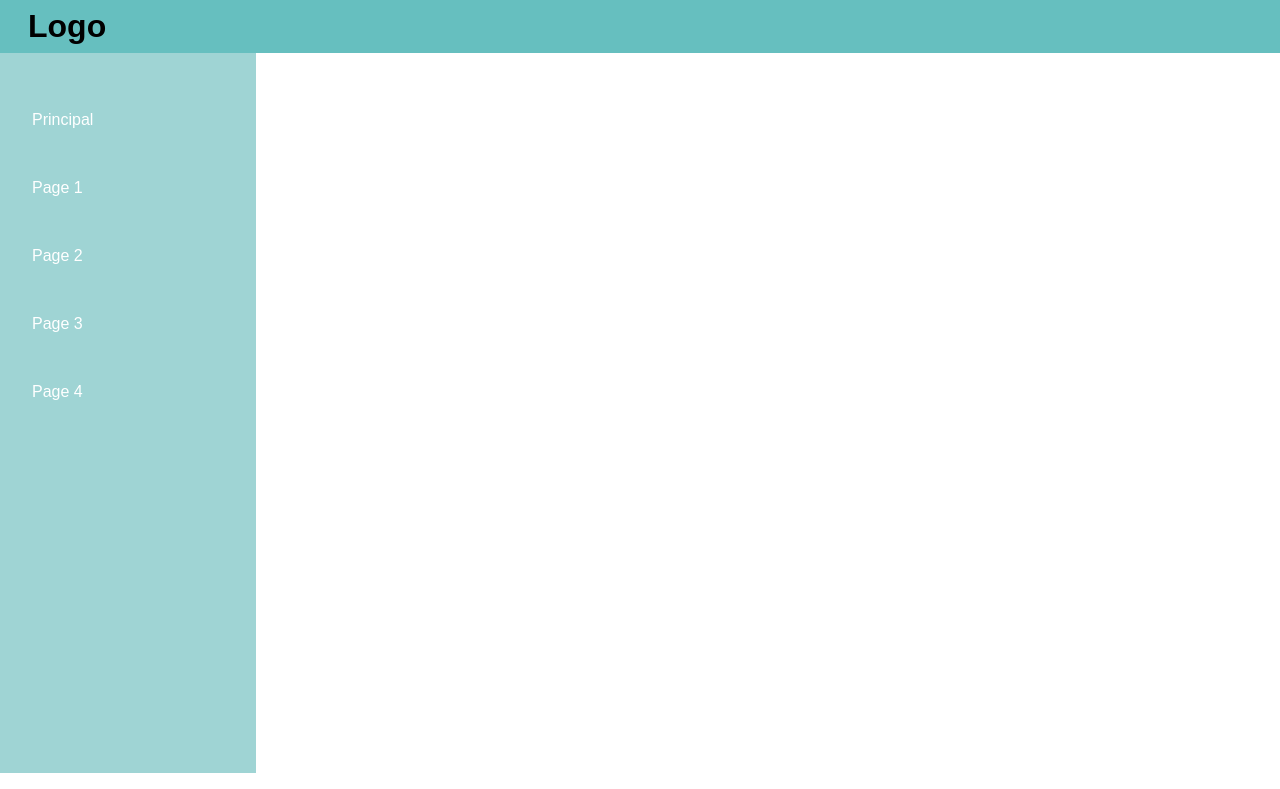
Repository: mateus-henrique-silva/Dashboard-pixel-facebook-react
Page: / (app in dashboard-pixel/)
These files come from the project's save history. The page is drawn as it stood at one moment and after the next save; the edit follows.
The browser window is 1280 px wide. The pictures show the whole page.
The project was rebuilt for these pictures with package versions that can differ from the ones it lists, and the page was loaded fresh each time.

Above is the page before, as saved 2022-07-07 17:44:27.

### dashboard-pixel/src/index.js
import React from "react";
import ReactDOM from "react-dom/client";

import App from "./App";
import reportWebVitals from "./reportWebVitals";

const root = ReactDOM.createRoot(document.getElementById("root"));
root.render(
  <React.StrictMode>
    <App />
  </React.StrictMode>
);

reportWebVitals();

### dashboard-pixel/src/App.jsx
import React from "react";
import Main from "./Components/MainPage/Main";



function App() {
  return (
    <div >
        <Main/>


    </div>
  );
}

export default App;

### dashboard-pixel/src/Components/MainPage/Main.jsx
import React from 'react'
import './Main.css'
import Header from '../Header/Header'
import SideBar from "../SideBar/SideBar"

const Main = () => {
  return (
    <div className="Main">
        <Header/>
        <SideBar/>
    </div>
  )
}

export default Main

### dashboard-pixel/src/Components/MainPage/Main.css
* {
  border: 0;
  margin: 0;
  font-family: sans-serif;
}

.Main {
  width: 100%;
  height: 100vh;
}
.startHeader{
    width: 100%;
    display: flex;
    justify-content: center;
}

### dashboard-pixel/src/Components/Header/Header.jsx
import React from 'react'
import "./Header.css"

const Header = () => {
  return (
    <div className="startHeader">

        <div className="Header">
            <h1>Logo</h1>
        </div>

    </div>
  )
}

export default Header

### dashboard-pixel/src/Components/SideBar/SideBar.jsx
import React from "react";
import "./SideBar.css";

const SideBar = () => {
  return (
    <div>
      <div className="div-sidebar">
        <div className="Menu-tag">
          <div><a href="#">Principal</a></div>
          <p></p>

          <div><a href="#">Page 1</a></div>
          <div><a href="#">Page 2</a></div>
          <div><a href="#">Page 3</a></div>
          <div><a href="#">Page 4</a></div>
        </div>
      </div>
    </div>
  );
};

export default SideBar;

### dashboard-pixel/src/Components/Header/Header.css
.Header{
    width: 99vw;
    padding: 0.5em 0.5em ;
    background-color:#66BFBF;
    display:flex;
    align-items:center;



}

.Header h1{
    margin-left: 20px;
}

### dashboard-pixel/src/Components/SideBar/SideBar.css
.div-sidebar {
  height: 100vh;
  width: 20vw;
  background-color: #9fd4d4;
  display: grid;
}

.Menu-tag {
  height: 100%;
  padding: 0.5em 2em;
}

.Menu-tag div {
  margin-top:50px;
}

.Menu-tag div a {
    text-decoration: none;
    color:white;
  }

Loaded but not shown: dashboard-pixel/public/index.html (common file); dashboard-pixel/src/reportWebVitals.js (common file)

After the next save:
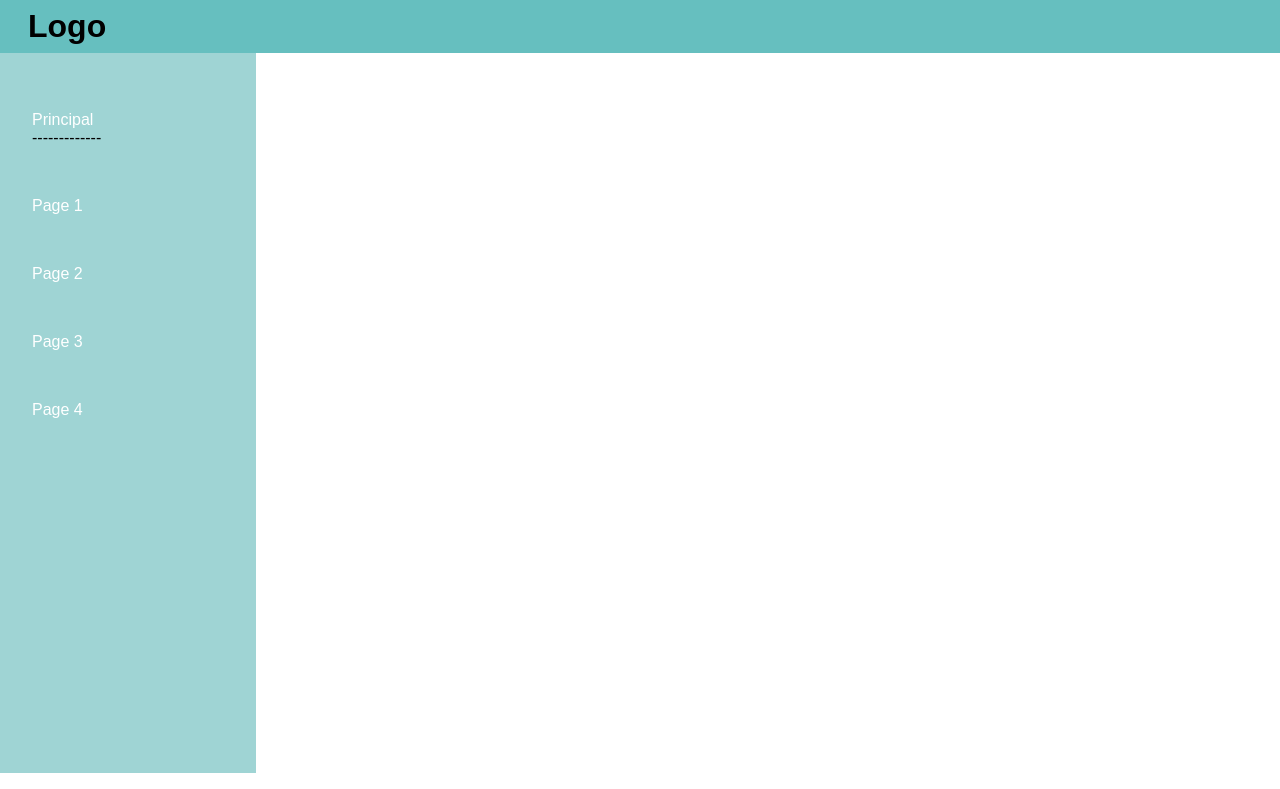
Saved 11 s later.
--- a/dashboard-pixel/src/Components/SideBar/SideBar.jsx
+++ b/dashboard-pixel/src/Components/SideBar/SideBar.jsx
@@ -7,7 +7,7 @@
       <div className="div-sidebar">
         <div className="Menu-tag">
           <div><a href="#">Principal</a></div>
-          <p></p>
+          <p>-------------</p>
 
           <div><a href="#">Page 1</a></div>
           <div><a href="#">Page 2</a></div>

After the save that followed:
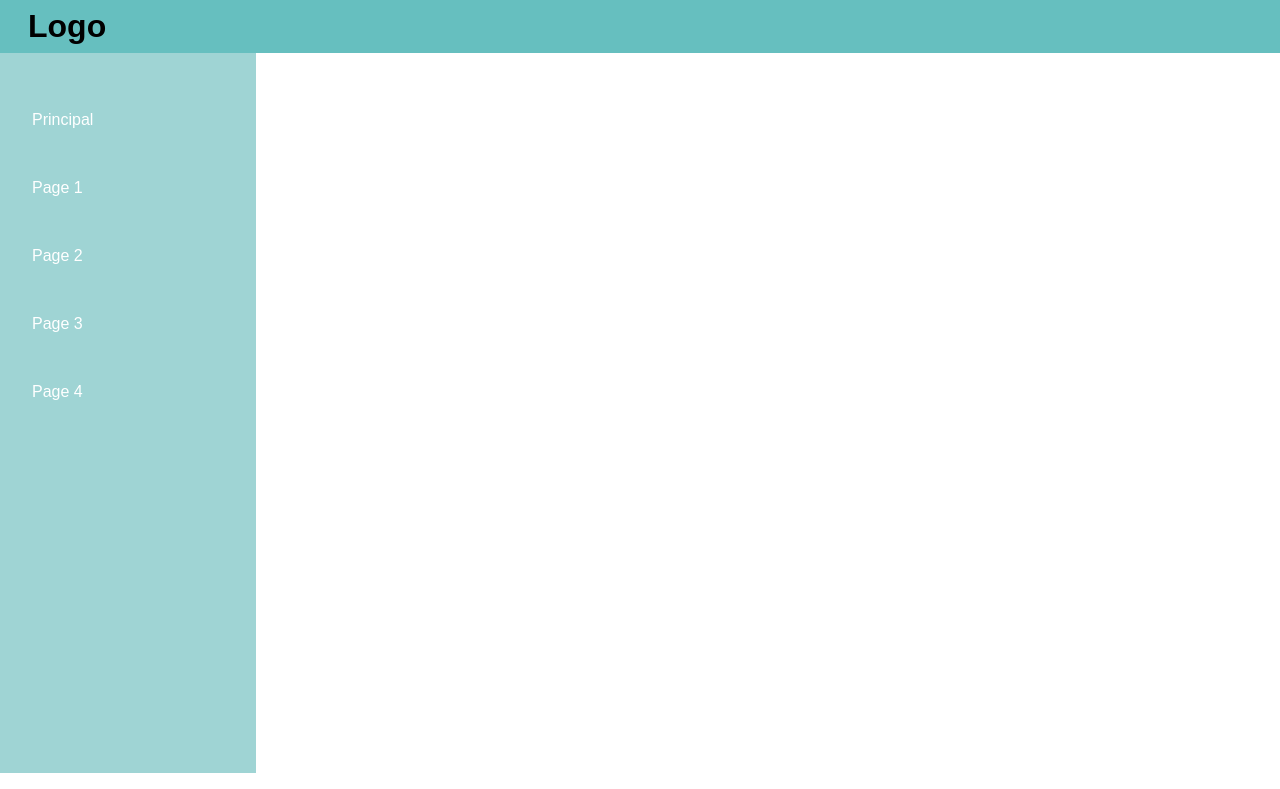
Saved 5 s later.
--- a/dashboard-pixel/src/Components/SideBar/SideBar.jsx
+++ b/dashboard-pixel/src/Components/SideBar/SideBar.jsx
@@ -7,7 +7,7 @@
       <div className="div-sidebar">
         <div className="Menu-tag">
           <div><a href="#">Principal</a></div>
-          <p>-------------</p>
+
 
           <div><a href="#">Page 1</a></div>
           <div><a href="#">Page 2</a></div>
